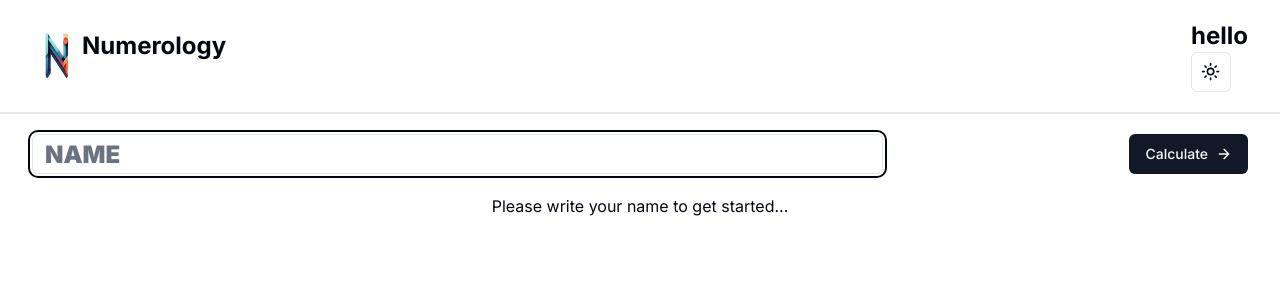
Repository: RaghunadhSahitDruvam/mynumerology
Page: /
These files come from the project's save history. The page is drawn as it stood at one moment and after a run of saves; the edit follows.
The browser window is 1280 px wide. The pictures show the whole page.
The project was rebuilt for these pictures with package versions that can differ from the ones it lists, and the page was loaded fresh each time. The framework's server and built-in components were replaced by stand-ins that run in the browser. Also part of the build but not shown: next.config.js, components/ui/alert-dialog.tsx.

Above is the page before, as saved 2023-12-21 08:00:45.

After the next 2 saves:
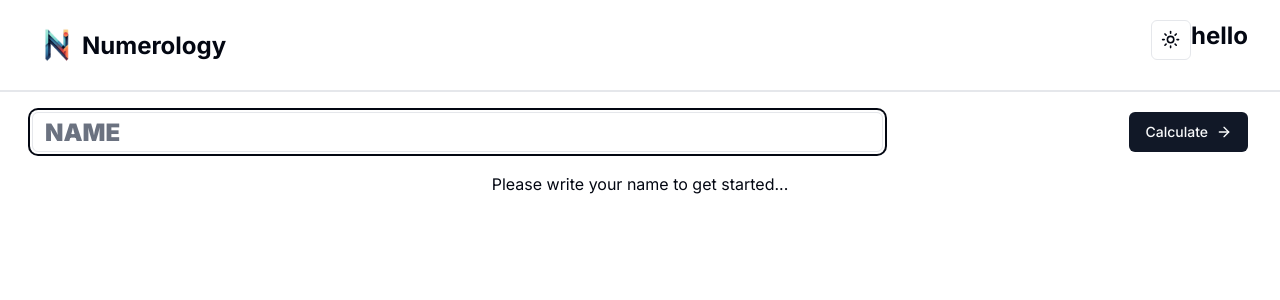
The 2 saves are shown as one change because they came seconds apart.
The last was saved 7 s later.
--- a/components/header.tsx
+++ b/components/header.tsx
@@ -11,9 +11,9 @@ const Header = () => {
           <Image src={"/images/logo.png"} alt="logo" height={50} width={50} />
           <span className="mt-[10px]">Numerology</span>
         </Link>
-        <div className="">
+        <div className="flex">
+          <ModeToggle />
           <h1>hello</h1>
-          <ModeToggle />
         </div>
       </div>
       <div className="border-b-2"></div>
